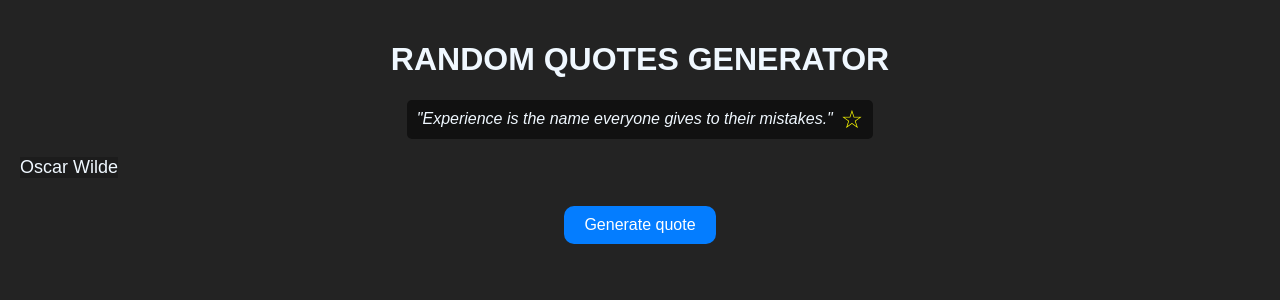
Repository: Adel-la/random-quotes
Page: index.html
The author's editor kept a copy of each file at every save. The page is drawn from the files as they stood at one save, then again after the next save.
The browser window is 1280 px wide. The pictures show the whole page.

Above is the page before, as saved 2025-06-25 17:26:07.

After the next save:
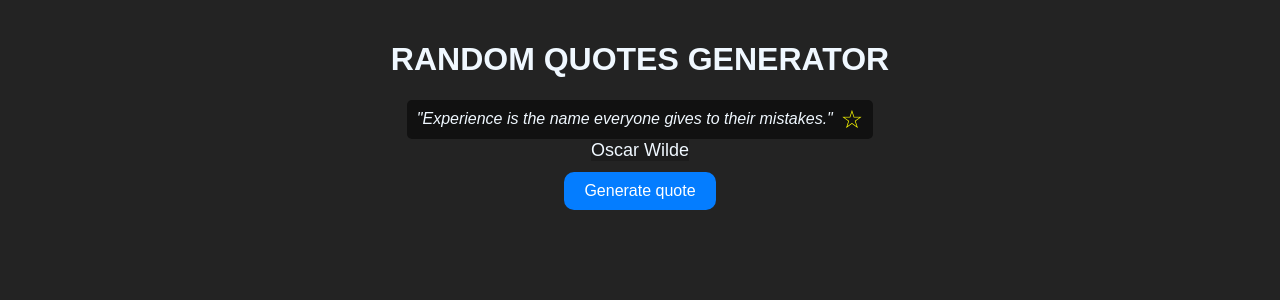
Saved 27 s later.
--- a/styles.css
+++ b/styles.css
@@ -133,6 +133,7 @@
 
 .quote-author{
   background-color: #1c1c1c;
+  margin: 1px auto;
   width: fit-content;
   font-size: large;
 }
